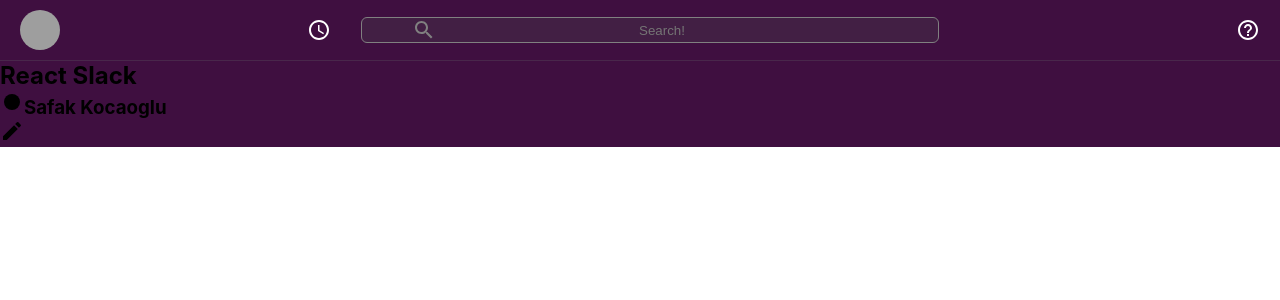
Repository: mminhaz93/React-Slack-Clone
Page: /
The author's editor kept a copy of each file at every save. The page is drawn from the files as they stood at one save, then again after the next save.
The browser window is 1280 px wide. The pictures show the whole page.
Pictures or frames that could not be fetched are drawn as grey boxes. The project was rebuilt for these pictures with package versions that can differ from the ones it lists, and the page was loaded fresh each time.

Above is the page before, as saved 2020-08-13 20:57:53.

### src/index.css
* {
  margin: 0;
}

body {
  margin: 0;
  font-family: -apple-system, BlinkMacSystemFont, 'Segoe UI', 'Roboto', 'Oxygen',
    'Ubuntu', 'Cantarell', 'Fira Sans', 'Droid Sans', 'Helvetica Neue',
    sans-serif;
  -webkit-font-smoothing: antialiased;
  -moz-osx-font-smoothing: grayscale;
}

code {
  font-family: source-code-pro, Menlo, Monaco, Consolas, 'Courier New',
    monospace;
}

### src/App.js
import React from 'react';
import './App.css';
import Header from "./components/Header"
import Sidebar from "./components/Sidebar"

function App() {
  return (
    <div className="App">
      <Header />
      <div className="appBody">
        <Sidebar />
      </div>
    </div>
  );
}

export default App;

### src/components/Header.js
import React from "react";
import "./Header.css";
import { Avatar } from "@material-ui/core";
import { AccessTime, Search, HelpOutline } from "@material-ui/icons";

const Header = () => {
  return (
    <div className="header">
      <div className="headerLeft">
        <Avatar className="headerAvatar" alt="Safak" src="safak" />
        <AccessTime />
      </div>
      <div className="headerSearch">
        <Search />
        <input placeholder="Search!" />
      </div>
      <div className="headerRight">
        <HelpOutline />
      </div>
    </div>
  );
};

export default Header;

### src/components/Sidebar.js
import React from "react";
import "./Sidebar.css";
import { FiberManualRecord, Create } from "@material-ui/icons";

const Sidebar = () => {
  return (
    <div className="sidebar">
      <div className="sidebarHeader">
        <div className="sidebarInfo">
          <h2>React Slack</h2>
          <h3>
            <FiberManualRecord />
            Safak Kocaoglu
          </h3>
        </div>
        <Create/>
      </div>
    </div>
  );
};

export default Sidebar;

### src/components/Header.css
.header {
  display: flex;
  align-items: center;
  justify-content: space-between;
  padding: 10px 0;
  background-color: var(--slack-color);
  color: white;
}

.headerLeft {
  flex: 0.3;
  display: flex;
  align-items: center;
  margin-left: 20px;
}

.headerLeft > .MuiSvgIcon-root {
  margin-left: auto;
  margin-right: 30px;
}

.headerSearch {
  flex: 0.4;
  background-color: #421f44;
  text-align: center;
  display: flex;
  padding: 0 50px;
  color: gray;
  border: 1px solid gray;
  border-radius: 6px;
}

.headerSearch > input {
  background-color: transparent;
  border: none;
  text-align: center;
  min-width: 35vw;
}

.headerRight {
  flex: 0.3;
  display: flex;
  align-items: flex-end;
}

.headerRight > .MuiSvgIcon-root {
    margin-left: auto;
    margin-right: 20px;
  }

### src/components/Sidebar.css
.sidebar {
  background-color: var(--slack-color);
  border-top: 1px solid #49274b;
}

Loaded but not shown: public/index.html (common file); src/index.js (common file); src/serviceWorker.js (common file); src/App.css (common file)

After the next save:
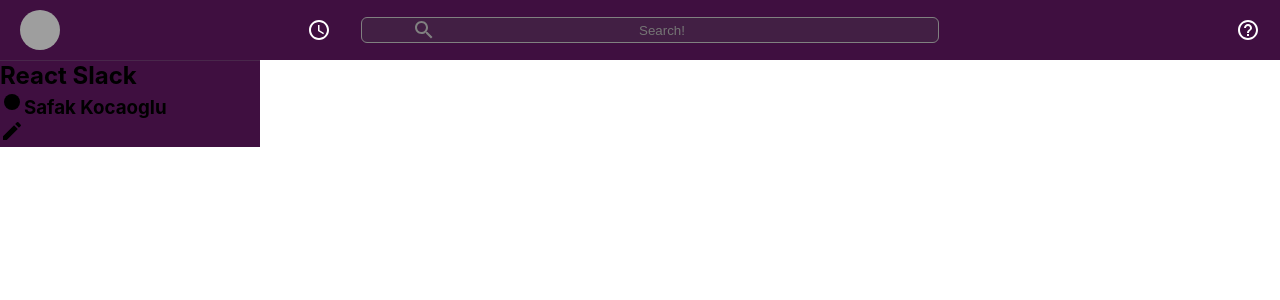
Saved 12 s later.
--- a/src/components/Sidebar.css
+++ b/src/components/Sidebar.css
@@ -1,4 +1,5 @@
 .sidebar {
   background-color: var(--slack-color);
   border-top: 1px solid #49274b;
+  max-width: 260px;
 }
